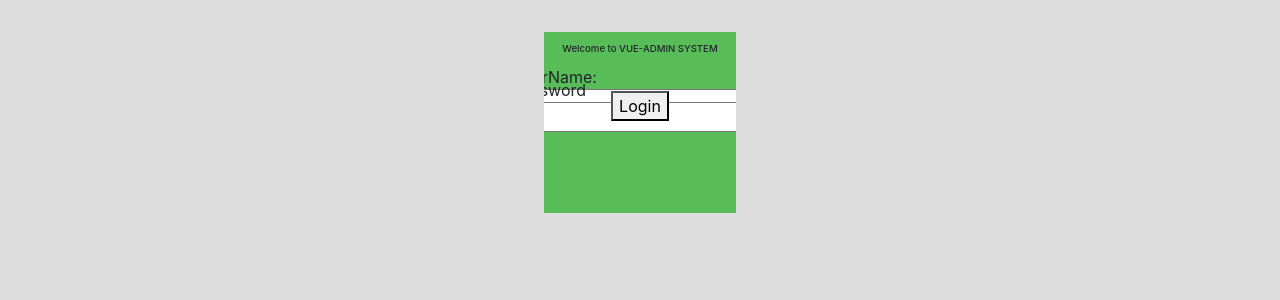
Repository: gzh51904/baiyangApp
Page: / (app in houtai/Vue-admin/)
These files come from the project's save history. The page is drawn as it stood at one moment and after the next save; the edit follows.
The browser window is 1280 px wide. The pictures show the whole page.
The project was rebuilt for these pictures with package versions that can differ from the ones it lists, and the page was loaded fresh each time. Also part of the build but not shown: houtai/Vue-admin/vue.config.js.

Above is the page before, as saved 2019-05-11 10:53:31.

After the next save:
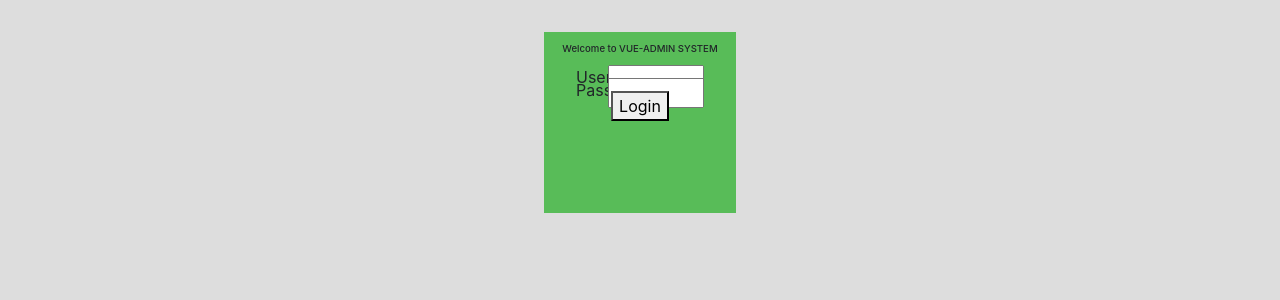
Saved 29 s later.
--- a/houtai/Vue-admin/src/pages/login.vue
+++ b/houtai/Vue-admin/src/pages/login.vue
@@ -51,6 +51,9 @@ export default {
             width:2rem;
             text-align: right;
         }
+        input{
+            width:6rem;
+        }
         }
     }
 
